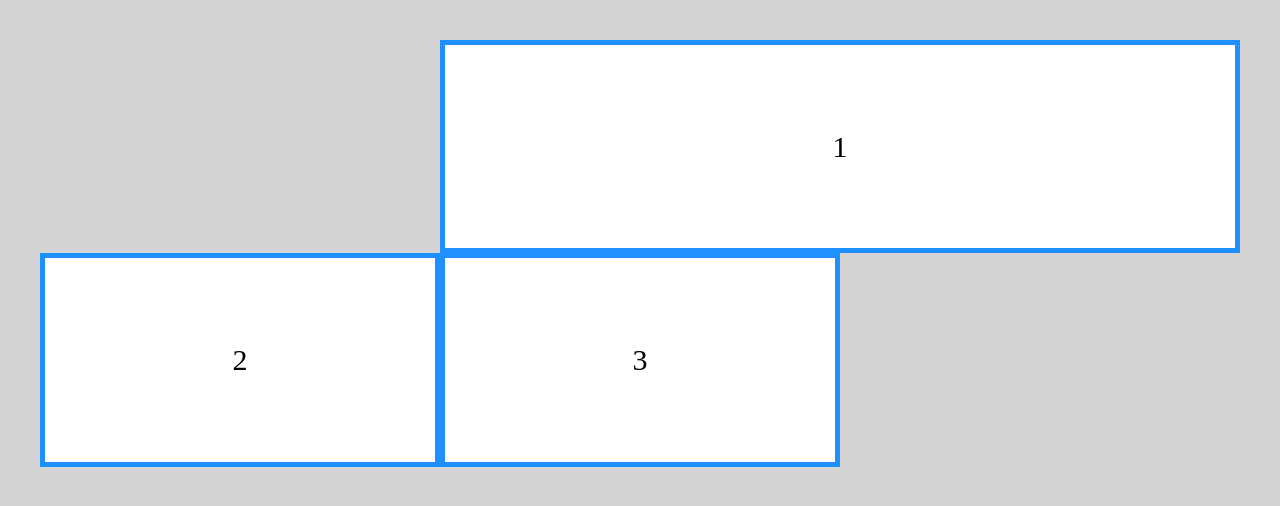
Repository: eversonps/flexbox-grid-css
Page: grid/cssgrid2.html
An editor plug-in stored every save of this project. The page is shown before and after the next save, followed by the edit.
The browser window is 1280 px wide. The pictures show the whole page.

Above is the page before, as saved 2022-03-23 16:43:04.

### grid/cssgrid2.html
<!DOCTYPE html>
<html>

<head>
    <meta charset="UTF-8">
    <title>CSS Grid #02</title>
    <style>
        html,
        body {
            margin: 20px;
            height: calc(100% - 40px);
            background-color: lightgray;
        }

        div {
            display: flex;
            align-items: center;
            justify-content: center;
            font-size: 30px;
            border: solid 5px dodgerblue;
            background: #fff;
        }

        body {
            display: grid;
            grid-template-columns: [inicio] 1fr
                                   [metade1] 1fr
                                   [metade2] 1fr [fim];
            grid-template-rows: repeat(3, 1fr);
        }

        .d1{
            grid-column-start: metade2;
            grid-column-end: fim;
            grid-column: metade1 / fim;
        }


    </style>
</head>

<body>
    <div class="d1">1</div>
    <div class="d2">2</div>
    <div class="d3">3</div>
</body>

</html>

After the next save:
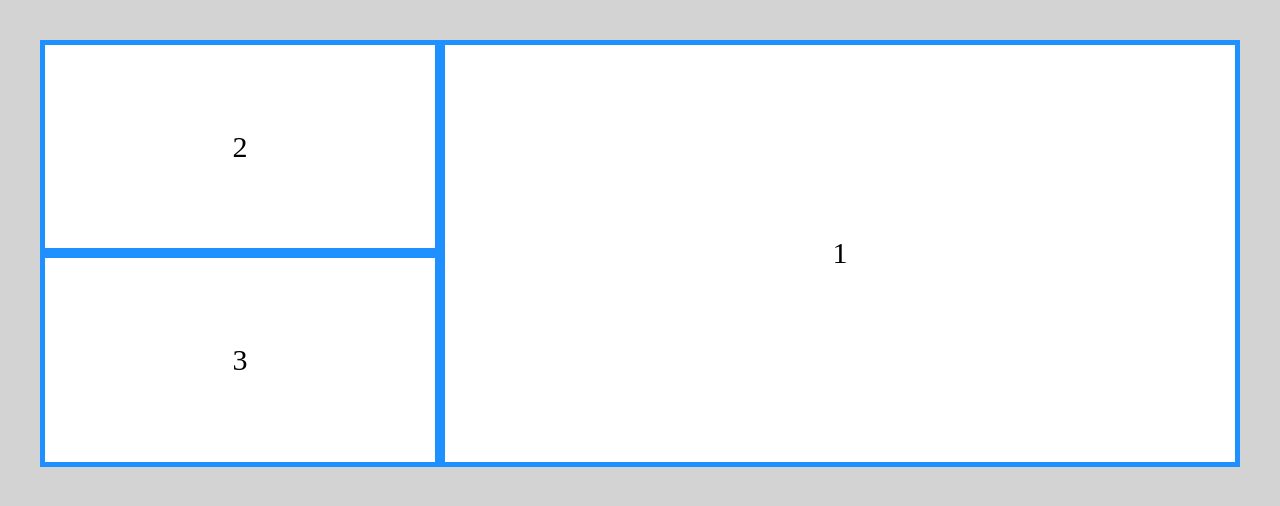
Saved 85 s later.
--- a/grid/cssgrid2.html
+++ b/grid/cssgrid2.html
@@ -33,6 +33,7 @@
             grid-column-start: metade2;
             grid-column-end: fim;
             grid-column: metade1 / fim;
+            grid-row: 1 / span 2;
         }
 
 
